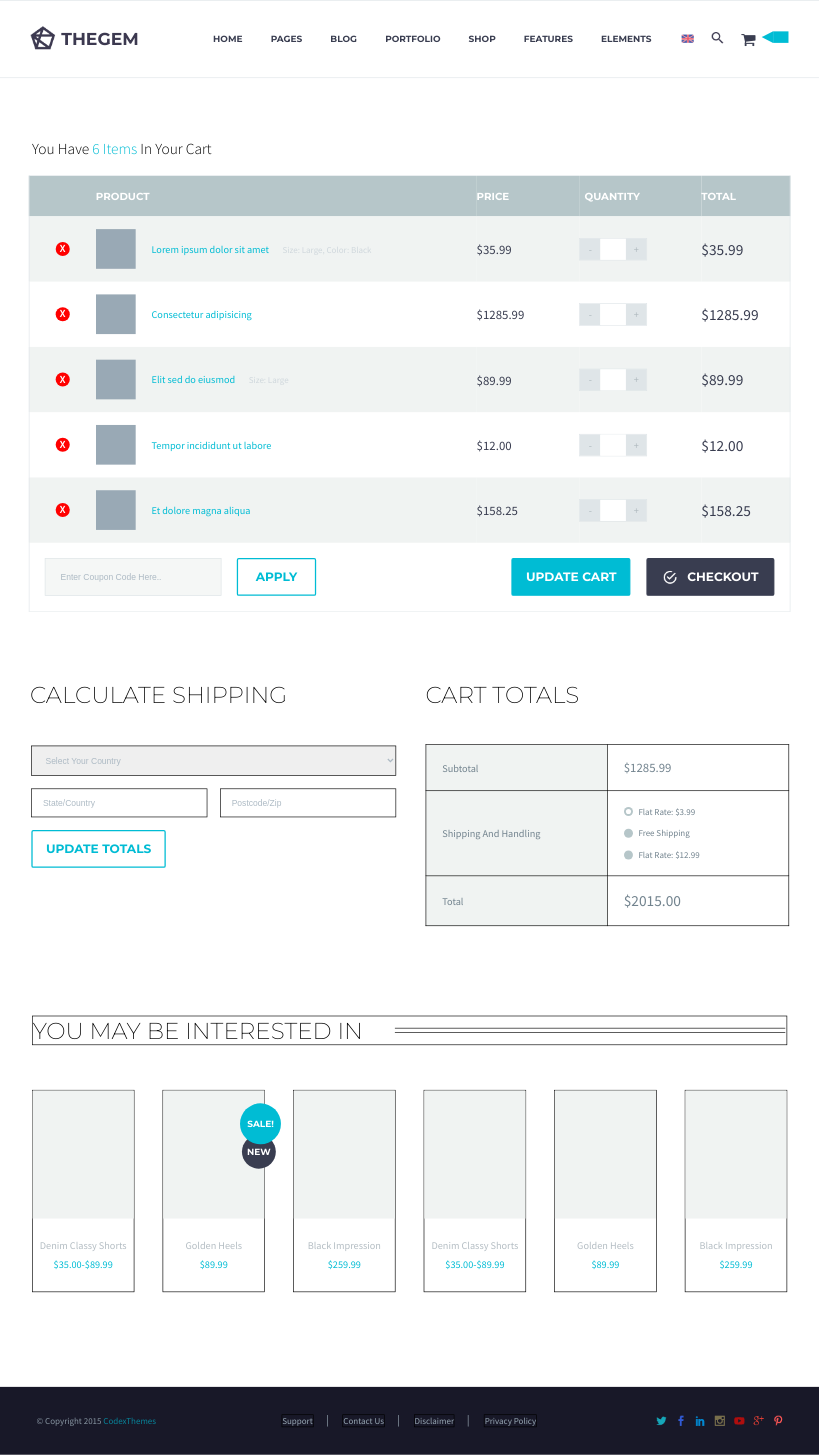
Repository: flylessbird/shop_cart
Page: html/page.html
The author's editor kept a copy of each file at every save. The page is drawn from the files as they stood at one save, then again after the next save.
The browser window is 1280 px wide. The pictures show the whole page, at 64% of full size.
The style sheet was rebuilt from its Sass, Less or Tailwind sources for each picture, by a compiler version that may differ from the author's.

Above is the page before, as saved 2022-05-14 20:20:04.

After the next save:
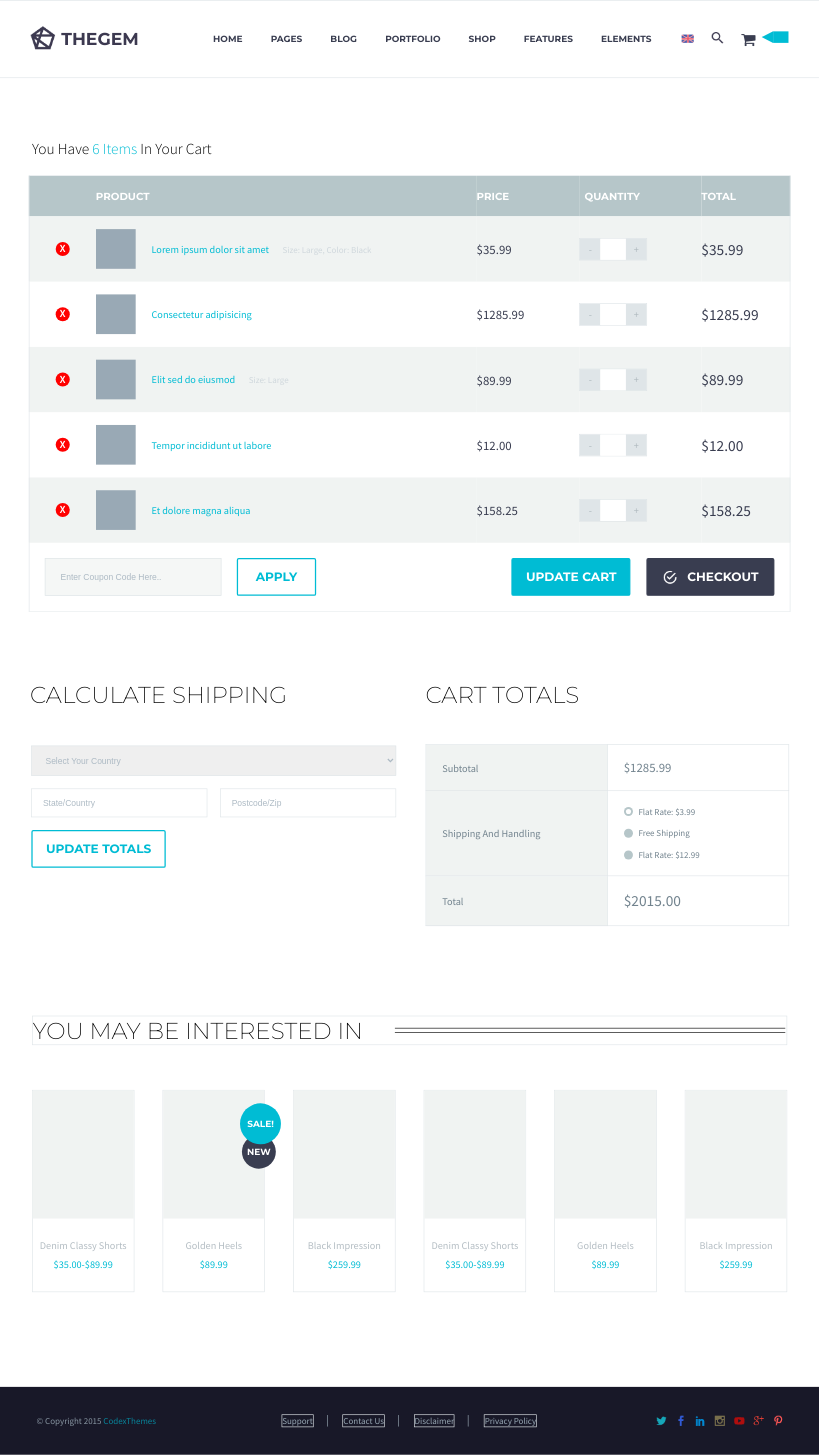
Saved 29 s later.
--- a/css/page.scss
+++ b/css/page.scss
@@ -333,7 +333,7 @@
     input {
       color: $grey_input_ship;
       padding: 14px 17px;
-      border: 1px solid #000;
+      border: 1px solid $grey_bd;
     }
     select {
       width: 100%;
@@ -450,7 +450,7 @@
     tr,
     td {
       // border: 1px solid $grey_bd;
-      border: 1px solid #000;
+      border: 1px solid $grey_bd;
       border-collapse: collapse;
     }
   }
@@ -464,7 +464,7 @@
     margin-bottom: 70px;
     width: 1180px;
     // align-self: flex-start;
-    border: 1px solid #000;
+    border: 1px solid $grey_bd;
     position: relative;
     span {
       position: absolute;
@@ -484,7 +484,7 @@
     flex-wrap: wrap;
     .card {
       width: 160px;
-      border: 1px solid #000;
+      border: 1px solid $grey_bd;
       &:hover {
         cursor: pointer;
       }
@@ -559,7 +559,7 @@
     margin-left: 175px;
     li {
       padding: 0 21px;
-      //   border: 1px solid #000;
+      //   border: 1px solid $grey_bd;
       list-style-type: none;
       display: inline-block;
       &:not(:nth-child(4)) {
@@ -567,7 +567,7 @@
       }
       a {
         color: $grey_ava;
-        border: 1px solid #000;
+        border: 1px solid $grey_bd;
         text-decoration: none;
       }
     }
